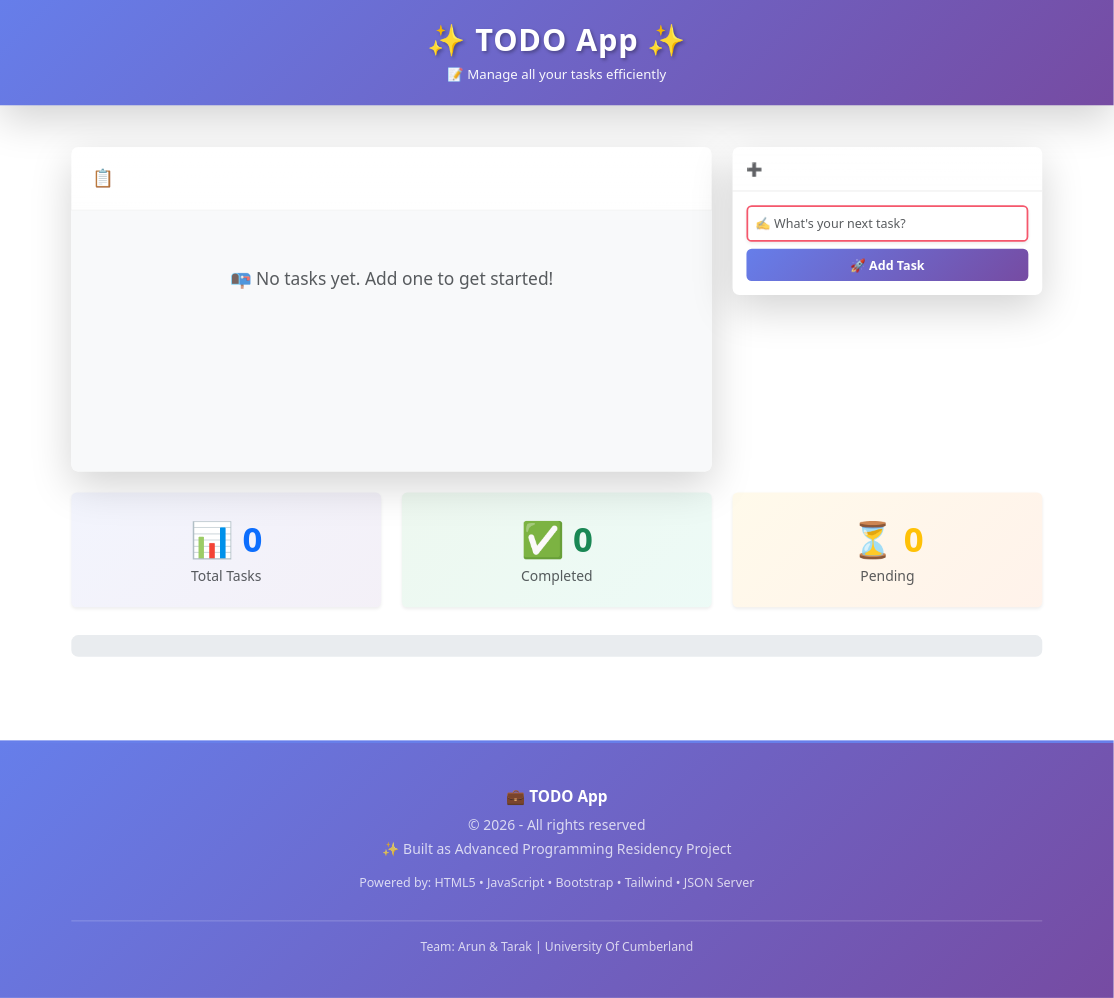
Repository: arunkr12/Master-In-Computer-Science
Page: Advanced Programming Language/Residency Project Team One Arun Javascript Version/TODO/index.html
These files come from the project's save history. The page is drawn as it stood at one moment and after the next save; the edit follows.
The browser window is 1280 px wide. The pictures show the whole page, at 87% of full size.
The page's requests for data from a server got no answer. Some web libraries are served in a nearby version.

Above is the page before, as saved 2026-02-20 18:49:45.

After the next save:
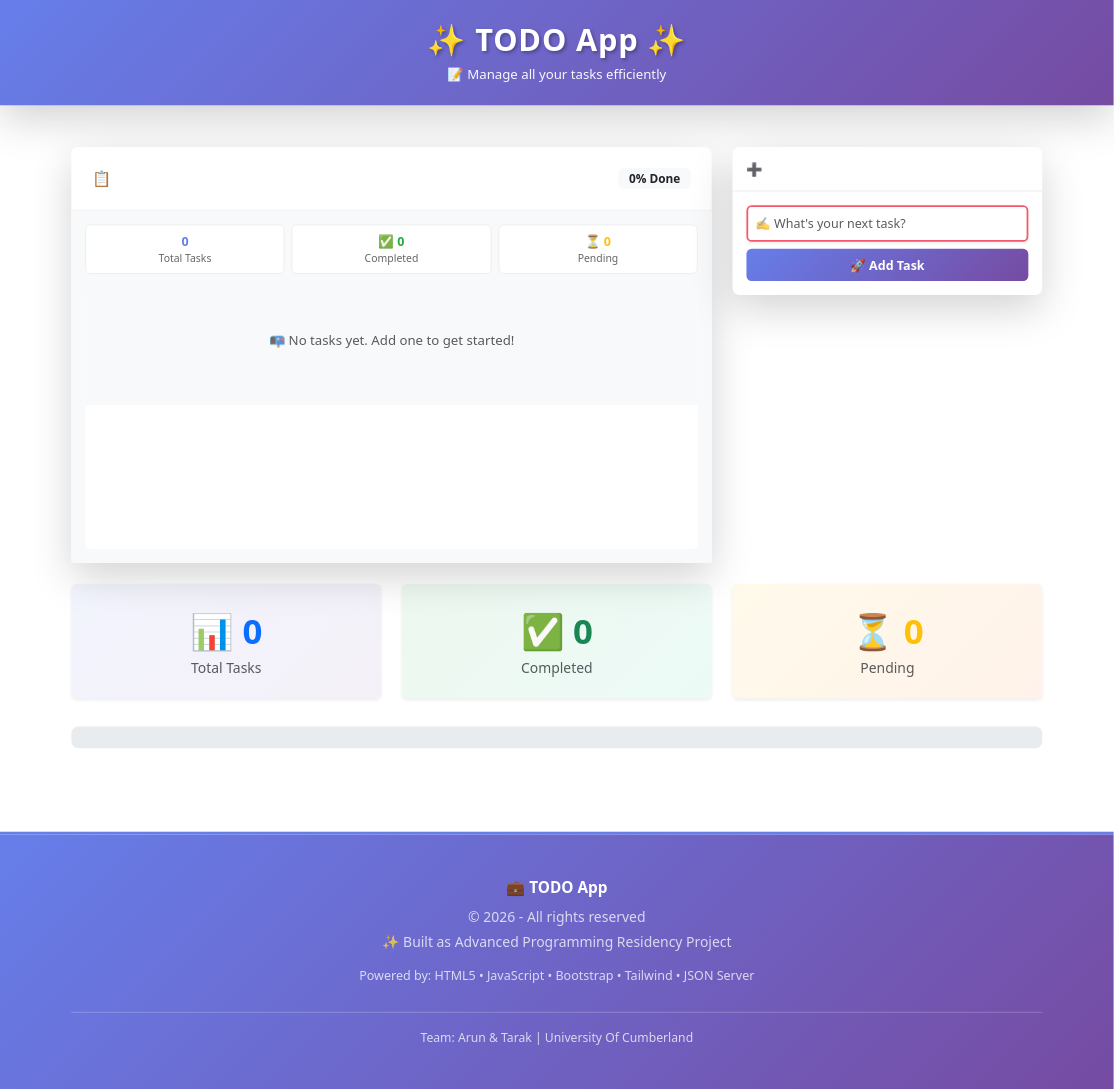
Saved 63 s later.
--- a/Advanced Programming Language/Residency Project Team One Arun Javascript Version/TODO/ToDoList/ToDoList.js
+++ b/Advanced Programming Language/Residency Project Team One Arun Javascript Version/TODO/ToDoList/ToDoList.js
@@ -44,15 +44,46 @@ class ToDoList {
       .map((todo) => this.renderTodoRow(todo))
       .join("");
 
+    const completedCount = this.todos.filter(t => t.completed).length;
+    const pendingCount = this.todos.length - completedCount;
+    const completionPercentage = this.todos.length > 0 ? Math.round((completedCount / this.todos.length) * 100) : 0;
+
     return `
       <div class="card shadow-lg border-0" style="border-radius: 8px;">
         <div class="card-header bg-gradient p-4" style="background: linear-gradient(135deg, #667eea 0%, #764ba2 100%); border-radius: 8px 8px 0 0;">
-          <h5 class="mb-0 text-white fw-bold">
-            📋 Your TODO List (${this.todos.length} tasks)
-          </h5>
+          <div class="d-flex justify-content-between align-items-center">
+            <h5 class="mb-0 text-white fw-bold" style="font-size: 1.1rem;">
+              📋 Your TODO List (${this.todos.length} tasks)
+            </h5>
+            <span class="badge bg-light text-dark" style="font-size: 0.85rem; padding: 5px 12px;">
+              ${completionPercentage}% Done
+            </span>
+          </div>
         </div>
-        <div class="p-3" style="min-height: 300px; background: #f8f9fa; border-radius: 0 0 8px 8px;">
-          ${todosHtml || '<div class="text-center text-muted py-5"><p class="fs-5">📭 No tasks yet. Add one to get started!</p></div>'}
+        <div class="p-3" style="background: #f8f9fa;">
+          <div class="row g-2 mb-3">
+            <div class="col-4">
+              <div class="text-center p-2" style="background: white; border-radius: 6px; border: 1px solid #e9ecef;">
+                <div style="font-size: 0.9rem; color: #667eea; font-weight: bold;">${this.todos.length}</div>
+                <div style="font-size: 0.75rem; color: #666;">Total Tasks</div>
+              </div>
+            </div>
+            <div class="col-4">
+              <div class="text-center p-2" style="background: white; border-radius: 6px; border: 1px solid #e9ecef;">
+                <div style="font-size: 0.9rem; color: #28a745; font-weight: bold;">✅ ${completedCount}</div>
+                <div style="font-size: 0.75rem; color: #666;">Completed</div>
+              </div>
+            </div>
+            <div class="col-4">
+              <div class="text-center p-2" style="background: white; border-radius: 6px; border: 1px solid #e9ecef;">
+                <div style="font-size: 0.9rem; color: #ffc107; font-weight: bold;">⏳ ${pendingCount}</div>
+                <div style="font-size: 0.75rem; color: #666;">Pending</div>
+              </div>
+            </div>
+          </div>
+          <div style="background: white; border-radius: 6px; padding: 0; overflow: hidden; min-height: 300px;">
+            ${todosHtml || '<div class="text-center text-muted py-5" style="background: #f8f9fa;"><p style="font-size: 0.95rem;">📭 No tasks yet. Add one to get started!</p></div>'}
+          </div>
         </div>
       </div>
     `;
